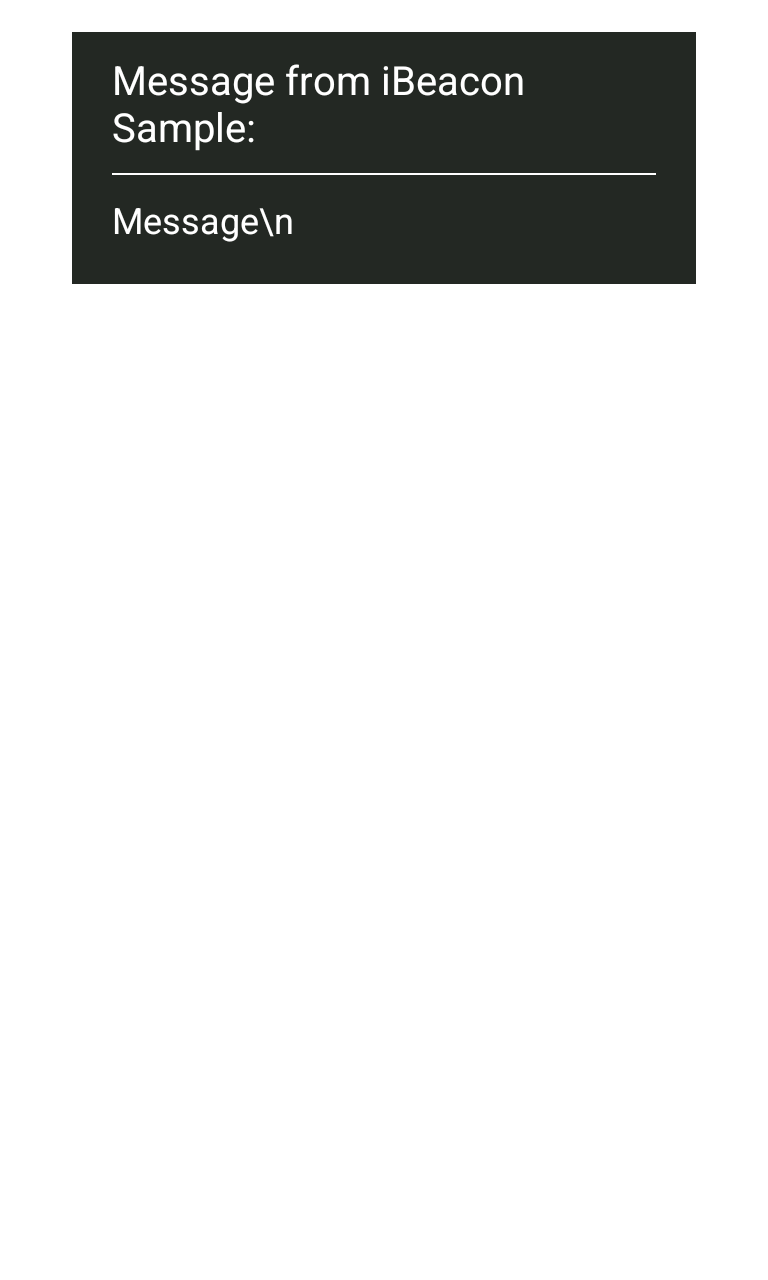
Repository: martawilgan/Android-iBeacon
Layout: iBeacon Sample/iBeaconSample/res/layout/activity_notification.xml
The author's editor kept a copy of each file at every save. The layout is drawn from the files as they stood at one save, then again after the next save.
It is drawn on a 768 x 1280 px phone screen (xhdpi) without system bars, with theme AppTheme; the app's code is not run.

Above is the layout before, as saved 2014-07-10 17:24:47.

After the next save:
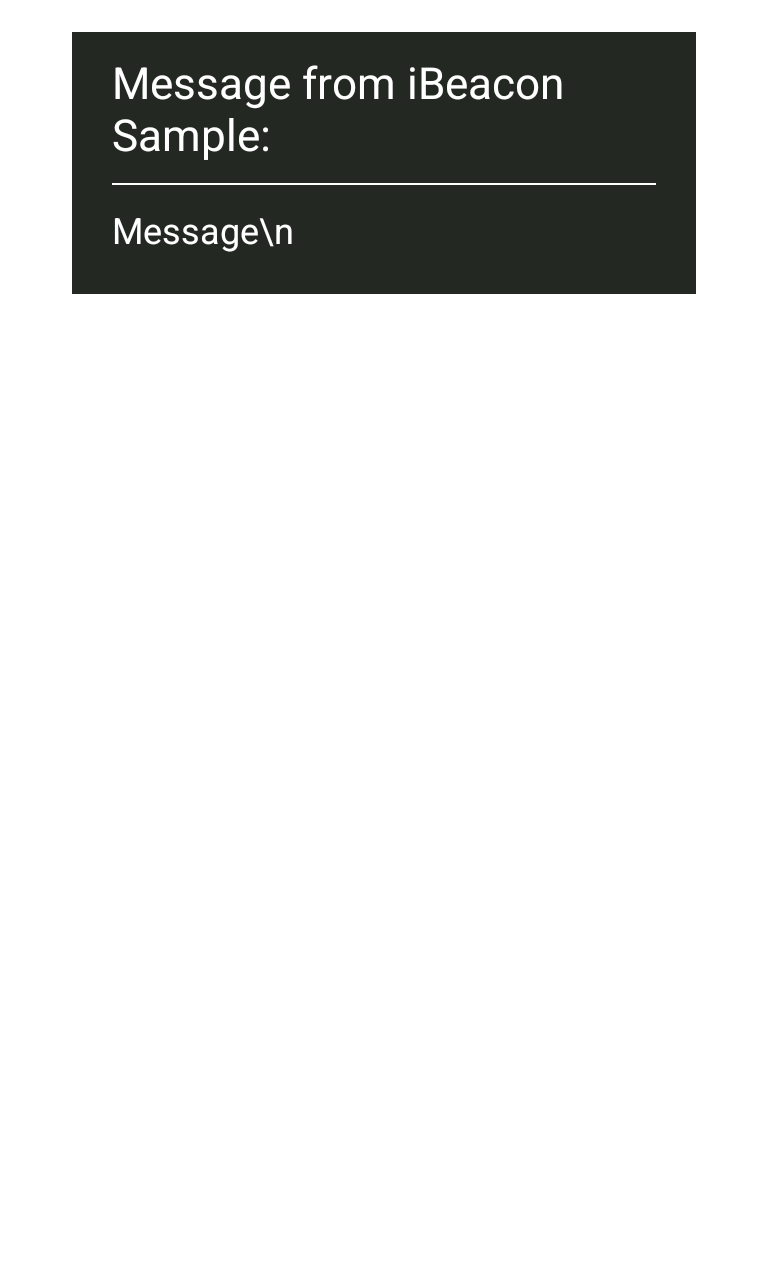
Saved 10 s later.
--- a/iBeacon Sample/iBeaconSample/res/layout/activity_notification.xml
+++ b/iBeacon Sample/iBeaconSample/res/layout/activity_notification.xml
@@ -28,7 +28,7 @@
 			android:layout_marginRight="20dp"
 			android:layout_marginBottom="10dp"
 			android:textColor="@color/White"
-			android:textSize="20sp"
+			android:textSize="22sp"
 	        android:text="Message from iBeacon Sample:" />
 
        	<View
